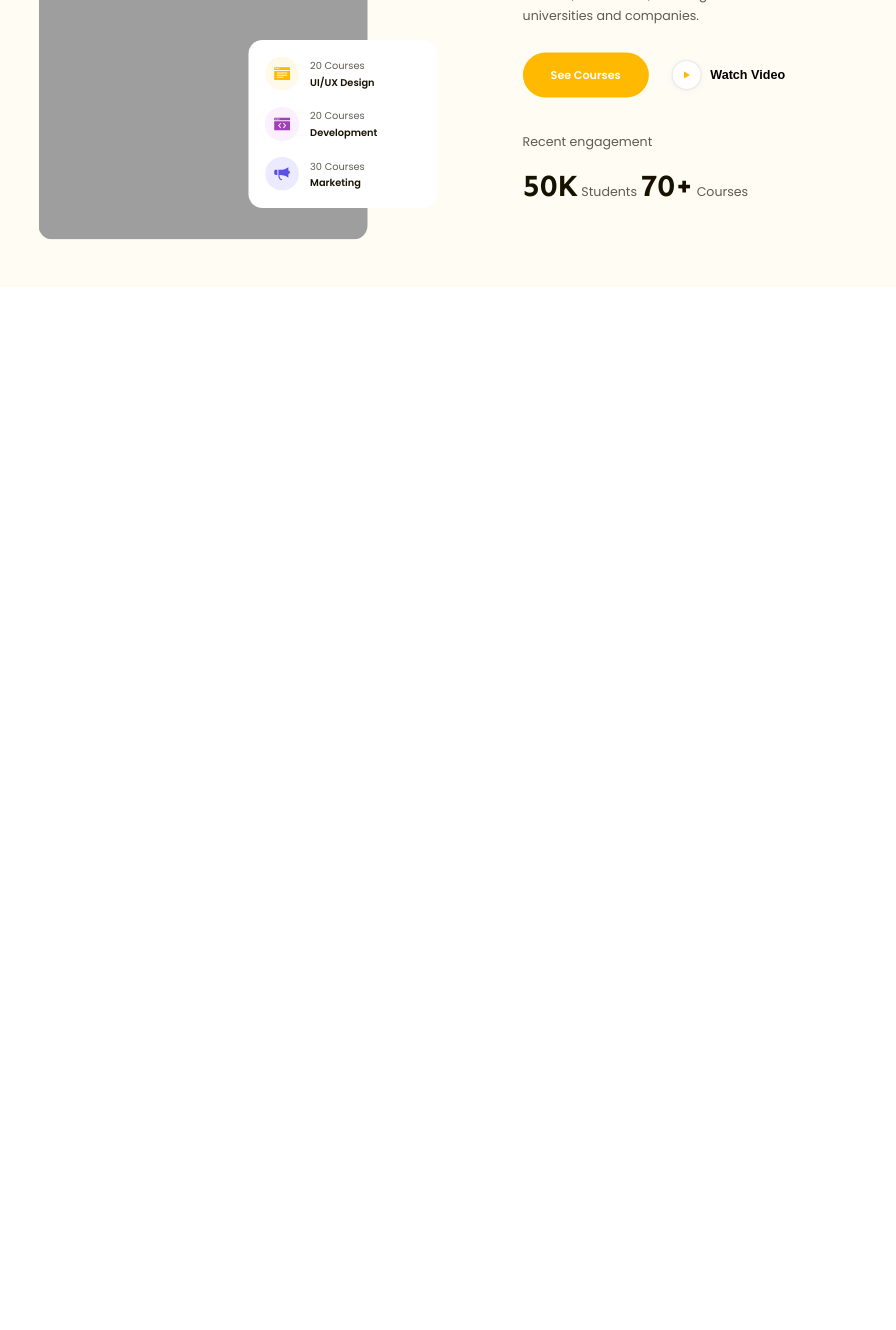
Repository: Toihoclaptrinh/duan1_figma
Page: index.html
These files come from the project's save history. The page is drawn as it stood at one moment and after the next save; the edit follows.
The browser window is 1280 px wide. The pictures show the part of the page from y = 493 to 2393 px (the page is 10000 px tall), at 70% of full size.
Pictures or frames that could not be fetched are drawn as grey boxes.

Above is the page before, as saved 2024-02-04 22:19:40.

### index.html
<!DOCTYPE html>
<html lang="en">
  <head>
    <meta charset="UTF-8" />
    <meta name="viewport" content="width=device-width, initial-scale=1.0" />
    <!-- reset css -->
    <link rel="stylesheet" href="./assets/css/reset.css" />
    <!-- embet font -->
    <link rel="preconnect" href="https://fonts.googleapis.com" />
    <link rel="preconnect" href="https://fonts.gstatic.com" crossorigin />
    <link
      href="https://fonts.googleapis.com/css2?family=Poppins:ital,wght@0,400;0,500;0,600;0,700;1,400&family=Sen:wght@700&display=swap"
      rel="stylesheet"
    />

    <!-- style css -->
    <link rel="stylesheet" href="./assets/css/style.css" />

    <title>Figma</title>
  </head>
  <body style="height: 10000px">
    <!-- header -->
    <header class="header fixed">
      <div class="main-content">
        <div class="body">
          <!-- logo -->
          <img src="./assets/icon/Lesson..svg" alt="Lesson" />
          <!-- navigation -->
          <nav class="nav">
            <ul>
              <li class="active">
                <a href="#!">Home</a>
              </li>
              <li>
                <a href="#!">Courses</a>
              </li>
              <li>
                <a href="#!">Pricing</a>
              </li>
              <li>
                <a href="#!">Reviews</a>
              </li>
            </ul>
          </nav>
          <!-- btn action -->
          <div class="action">
            <a href="#!" class="btn btn-sign-up">Sign Up</a>
          </div>
        </div>
      </div>
    </header>

    <!-- code phần hero -->
    <main>
      <div class="hero">
        <div class="main-content">
          <div class="body">
            <!-- hero left -->
            <div class="media-block">
              <img
                src="./assets/img/guy-lesson 1.jpg"
                alt="ảnh minh họa"
                class="img"
              />
              <div class="hero-summary">
                <!-- item 1 -->
                <div class="item">
                  <div class="icon">
                    <img src="./assets/icon/Design.svg" alt="icon design" />
                  </div>
                  <div class="info">
                    <p class="label">20 Courses</p>
                    <p class="title">UI/UX Design</p>
                  </div>
                </div>
                <!-- item 2 -->
                <div class="item">
                  <div class="icon icon2">
                    <img src="./assets/icon/Dev.svg" alt="icon dev" />
                  </div>
                  <div class="info">
                    <p class="label">20 Courses</p>
                    <p class="title">Development</p>
                  </div>
                </div>
                <!-- item 3 -->
                <div class="item">
                  <div class="icon icon3">
                    <img src="./assets/icon/Mark.svg" alt="icon marketing" />
                  </div>
                  <div class="info">
                    <p class="label">30 Courses</p>
                    <p class="title">Marketing</p>
                  </div>
                </div>
              </div>
            </div>
              <!-- hero-right -->
              <div class="contain-block">
                <h1 class="heading">
                  Learn without limits and spread knowledge.
                </h1>
                <p class="desc">
                  Build new skills for that “this is my year” feeling with
                  courses, certificates, and degrees from world-class
                  universities and companies.
                </p>
                <div class="cta-group">
                  <a href="#!" class="btn">See Courses</a>
                  <button class="watch-video">
                    <div class="icon">
                      <img src="./assets/icon/Polygon 2.svg" alt="play video" />
                    </div>
                    <span>Watch Video</span>
                  </button>
                </div>
                <p class="desc descRecent">Recent engagement</p>
                <p class="desc descstrong" >
                  <strong>50K</strong> Students <strong>70+</strong> Courses
                </p>
              </div>
          </div>
        </div>
        </div>
      </div>
    </main>
  </body>
</html>

### assets/css/style.css
/* font
 font-family: 'Poppins', sans-serif;
font-family: 'Sen', sans-serif;
 */

/* Phần code chung */

:root {
  --font-heading: "Sen", sans-serif;
  --primary-color: #ffb900;
}

* {
  box-sizing: border-box;
}
html {
  font-size: 62.5%;
}
body {
  font-size: 1.6rem;
  font-family: "Poppins", sans-serif;
}

a {
  text-decoration: none;
}

/* code phần khối giao diện */
.main-content {
  width: 1170px;
  margin-left: auto;
  margin-right: auto;
  max-width: calc(100% - 48px);
}

/* Phần header */
.header {
  background: #fffcf4;
}
.header.fixed {
  position: sticky;
  /* phần phía trên sign up cách phía trên 8px cho bằng với phần bên dưới,nên để top -28px(36px-8),để âm 28 để cho phần
  thừa ra bị ẩn đi */
  top: -28px;
}

.header .body {
  display: flex;
  align-items: center;
  padding: 36px 0px 8px;
}

.nav ul {
  display: flex;
}
.nav {
  margin-left: auto;
}

/* Thanh điều hướng */
.nav a {
  position: relative;
  color: #5f5b53;
  font-size: 1.6rem;
  padding: 8px 21px;
}

/* Dùng shadow tạo hiệu ứng in đậm khi hover  */
.nav li.active a,
.nav a:hover {
  color: #171100;
  text-shadow: 1px 0px 0px currentColor;
}

/* tạo dấu gạch chân dưới Home */
.nav li.active a::after {
  left: 21px;
  bottom: 6px;
  position: absolute;
  display: block;
  content: "";
  width: 12px;
  height: 2px;
  border-radius: 1px;
  background: #171100;
}

/* sign-up  */
.btn {
  display: inline-block;
  line-height: 50px;
  padding: 0 16px;
  min-width: 118px;
  color: #fff;
  text-align: center;
  font-weight: 600;
  border-radius: 999px;
  background: #171100;
}

.btn:hover {
  opacity: 0.9;
}

.header .btn-sign-up {
  min-width: 144px;
}

.header .action {
  margin-left: 49px;
}

/* phần hero  */

.hero {
  padding: 56px 0 65px;
  background-color: #fffcf4;
}

.hero .body {
  display: flex;
}

/* =========== hero left ================== */

.hero .media-block {
  width: 48%;
  position: relative;
}

.hero .media-block .img {
  width: 470px;
  height: 685px;
  object-fit: cover;
  border-radius: 20px;
}

.hero .hero-summary {
  width: 270px;
  padding: 24px;
  position: absolute;
  bottom: 48px;
  left: 300px;
  border-radius: 20px;
  background-color: #ffffff;
}

.hero-summary .item {
  display: flex;
  align-items: center;
}

.hero-summary .item + .item {
  margin-top: 22px;
}

.hero-summary .icon {
  width: 48px;
  height: 48px;
  border-radius: 50%;
  display: flex;
  justify-content: center;
  background-color: #fff9e8;
}

.hero-summary .icon2 {
  background-color: #fcefff;
}

.hero-summary .icon2 {
  background-color: #ebeaff;
}

.hero-summary .info {
  margin-left: 16px;
}

.hero-summary .info .label {
  font-size: 1.4rem;
  line-height: 1.86;
  color: #5f5b53;
}

.hero-summary .info .title {
  font-size: 1.4rem;
  color: #171100;
  line-height: 1.67;
  font-weight: 600;
}

/* =============== hero right ======= */

.hero .contain-block {
  width: 52%;
  padding-left: 130px;
  padding-top: 64px;
}

.hero .heading {
  color: #171100;
  font-family: var(--font-heading);
  font-size: 5.8rem;
  font-weight: 700;
  line-height: 1.17;
  letter-spacing: -1.16px;
}

.hero .desc {
  margin-top: 22px;
  font-size: 1.8rem;
  line-height: 1.67;
  color: #5f5b53;
}

.hero .cta-group {
  display: flex;
  margin-top: 38px;
  align-items: center;
}

.hero .btn {
  min-width: 180px;
  background-color: var(--primary-color);
  line-height: 64px;
}

.hero .watch-video {
  margin-left: 28px;
  border: none;
  background-color: transparent;
  display: flex;
  align-items: center;
  cursor: pointer;
}

.hero .watch-video .icon {
  width: 40px;
  height: 40px;
  background-color: #ffffff;
  border-radius: 40px;
  display: flex;
  align-items: center;
  justify-content: center;
  box-shadow: rgba(67, 71, 85, 0.27) 0px 0px 0.25em,
    rgba(90, 125, 188, 0.05) 0px 0.25em 1em;
}

.hero .watch-video span {
  margin-left: 14px;
  font-size: 1.8rem;
  font-weight: 600;
  line-height: 1.67;
}

.hero .descRecent {
  margin-top: 48px;
}

.hero .descstrong strong {
  font-family: var(--font-heading);
  font-size: 4.4rem;
  font-weight: 700;
  line-height: 1.23;
  color: #171100;
}

Loaded but not shown: assets/css/reset.css (common file)

After the next save:
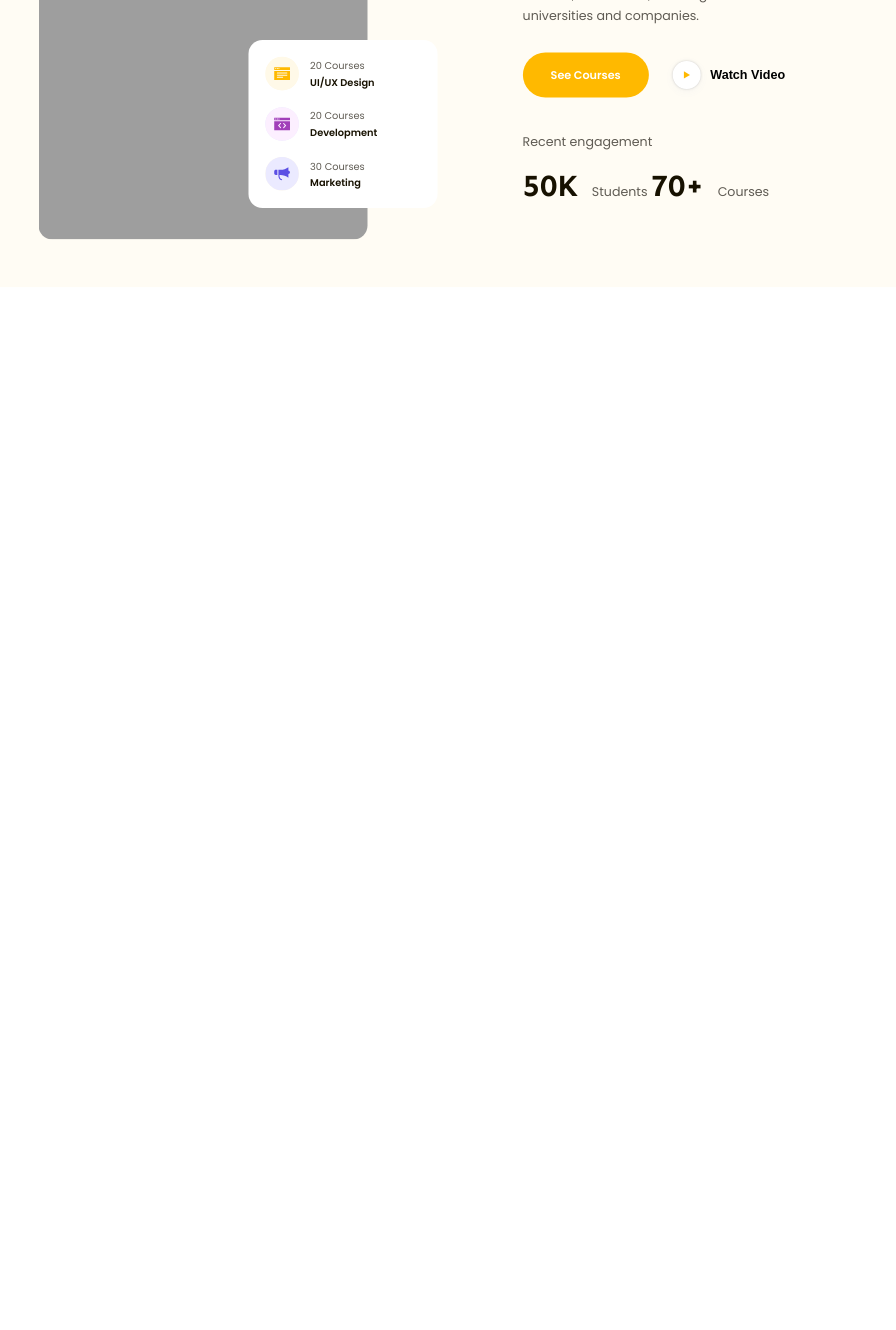
Saved 74 s later.
--- a/assets/css/style.css
+++ b/assets/css/style.css
@@ -262,4 +262,4 @@
   font-weight: 700;
   line-height: 1.23;
   color: #171100;
-}
+  margin-right: 15px;;
